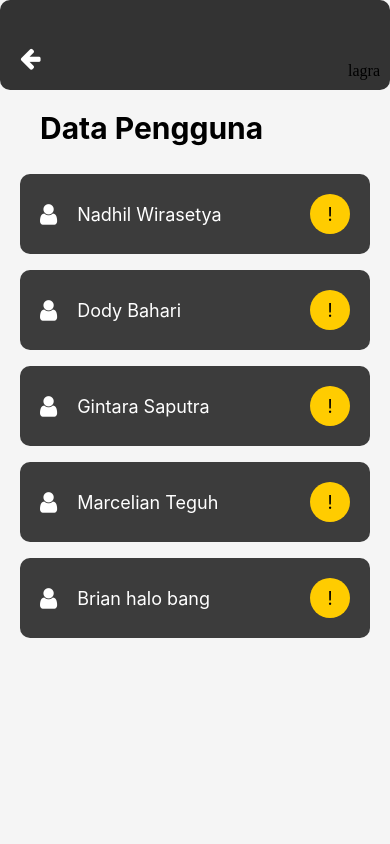
Repository: dodibahari019/SempolMobile
Page: /Users
An editor plug-in stored every save of this project. The page is shown before and after the next save, followed by the edit.
The browser window is 390 px wide. The pictures show the whole page.
The app was drawn by React Native's web renderer in a window 390 px wide. The project was rebuilt for these pictures with package versions that can differ from the ones it lists, and the page was loaded fresh each time. Some packages were replaced by stand-ins written for this rebuild. Also part of the build but not shown: pages/DashboardScreen.js, pages/ProductScreen.js.

Above is the page before, as saved 2024-11-21 16:16:16.

After the next save:
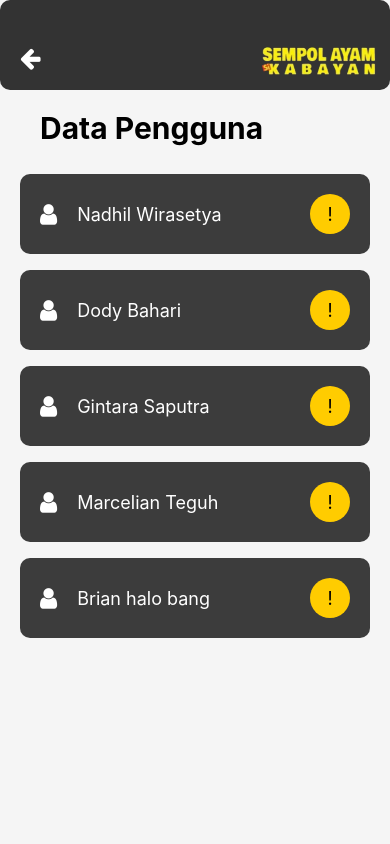
Saved 5 s later.
--- a/pages/UsersScreen.js
+++ b/pages/UsersScreen.js
@@ -58,12 +58,12 @@ const AkunScreen = ({ navigation }) => {
                 <TouchableOpacity style={styles.headerButton}>
                     <Icon name="arrow-left" size={24} color="#FFF" onPress={() => navigation.goBack()} />
                 </TouchableOpacity>
-lagra
+
                 {/* Teks Header di tengah */}
-                {/* <Image
+                <Image
                     source={require('../files/sempolAyam.png')}
                     style={styles.logo}
-                /> */}
+                />
 
                 {/* Tombol Akun di kanan */}
                 {/* <TouchableOpacity style={styles.headerButton}>
